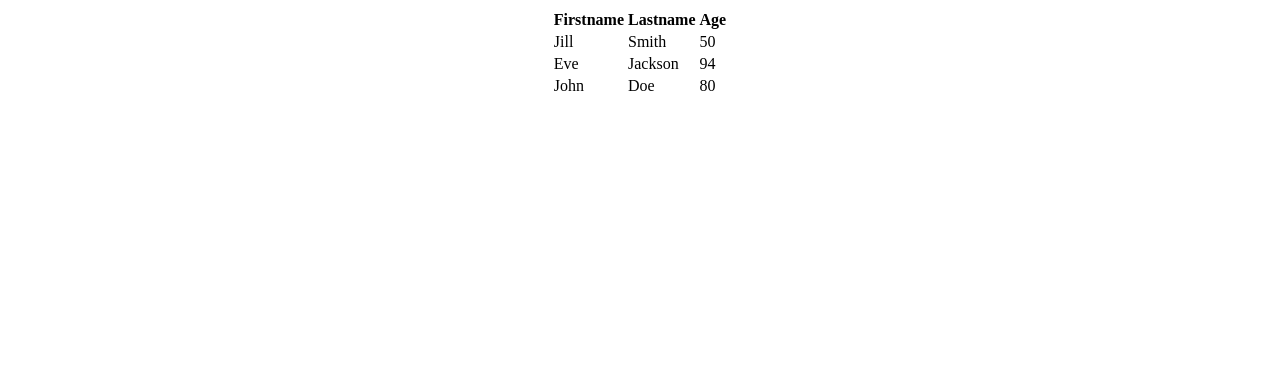
Repository: 72-faisal/work_to_do
Page: http://localhost/Khajina_Doctor/Show_appointment.jsp
The author's editor kept a copy of each file at every save. The page is drawn from the files as they stood at one save, then again after the next save.
The browser window is 1280 px wide. The pictures show the whole page.
The page is served by Tomcat 9.

Above is the page before, as saved 2023-04-14 19:42:29.

After the next save:
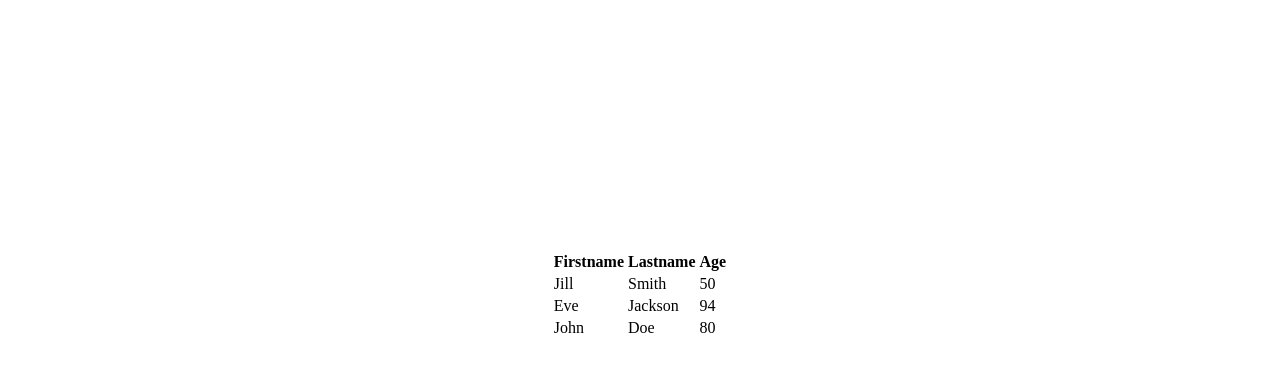
Saved 116 s later.
--- a/Khajina_Doctor/Khajina_Doctor/src/main/webapp/Show_appointment.jsp
+++ b/Khajina_Doctor/Khajina_Doctor/src/main/webapp/Show_appointment.jsp
@@ -7,18 +7,13 @@
 
 <title>Insert title here</title>
 
-  <style>
-    table.center {
-         margin: 250px auto;
 
-    }
-  </style>
 
 </head>
 
 <body>
 
-<table class="center" style="margin: 0 auto;">
+<table class="center" style="margin: 250px auto;">
   <tr>
     <th>Firstname</th>
     <th>Lastname</th>
